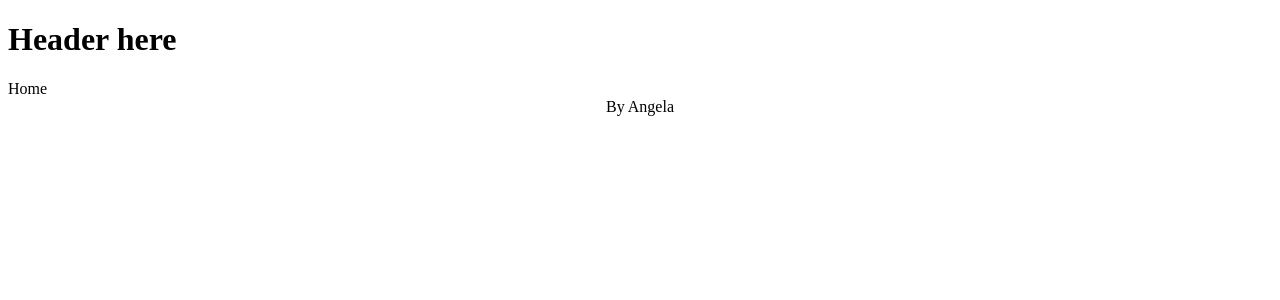
Repository: y-w-lee/class-3
Page: /ExampleFive
The author's editor kept a copy of each file at every save. The page is drawn from the files as they stood at one save, then again after a run of saves.
The browser window is 1280 px wide. The pictures show the whole page.
The project was rebuilt for these pictures with package versions that can differ from the ones it lists, and the page was loaded fresh each time. The framework's server and built-in components were replaced by stand-ins that run in the browser. Also part of the build but not shown: next.config.js.

Above is the page before, as saved 2024-01-18 13:27:59.

After the next 4 saves:
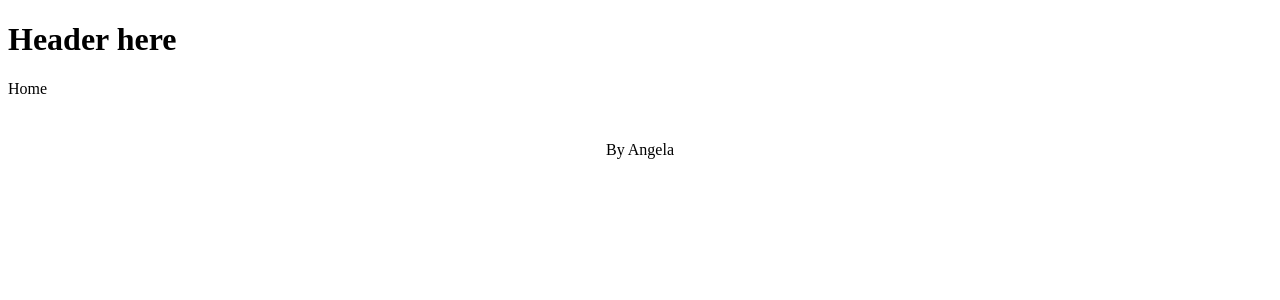
The 4 saves are shown as one change because they came seconds apart.
The last was saved 14 s later.
--- a/pages/ExampleFive.js
+++ b/pages/ExampleFive.js
@@ -28,7 +28,8 @@ export default function ExampleFive () {
                 margin: "auto",
                 textAlign: "center"
             }}>
-
+                <h1>
+                </h1>
             </div>
         </main>
         <Footer/>
